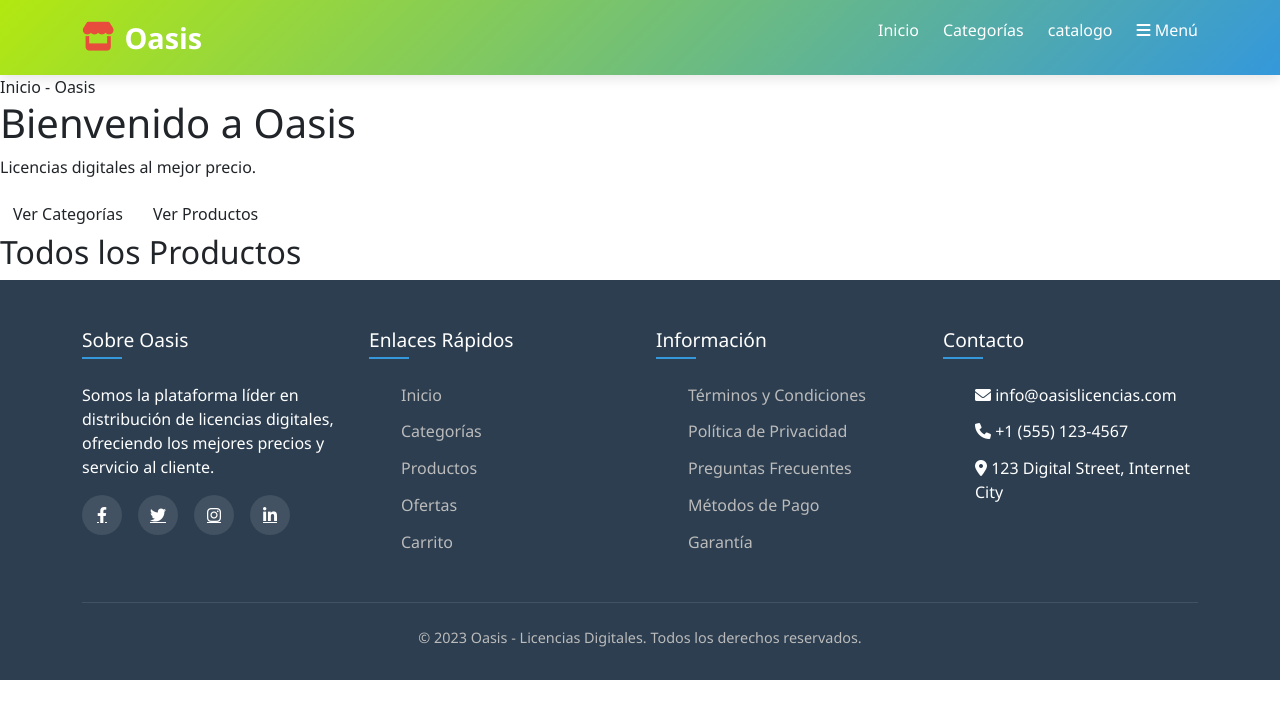
Repository: chicharo2025/oasis
Page: http://localhost/
An editor plug-in stored every save of this project. The page is shown before and after the next save, followed by the edit.
The browser window is 1280 px wide. The pictures show the whole page.
The page is served by the project's application, run on Django 5.2 (django_techstore/manage.py).

Above is the page before, as saved 2025-04-12 18:11:17.

After the next save:
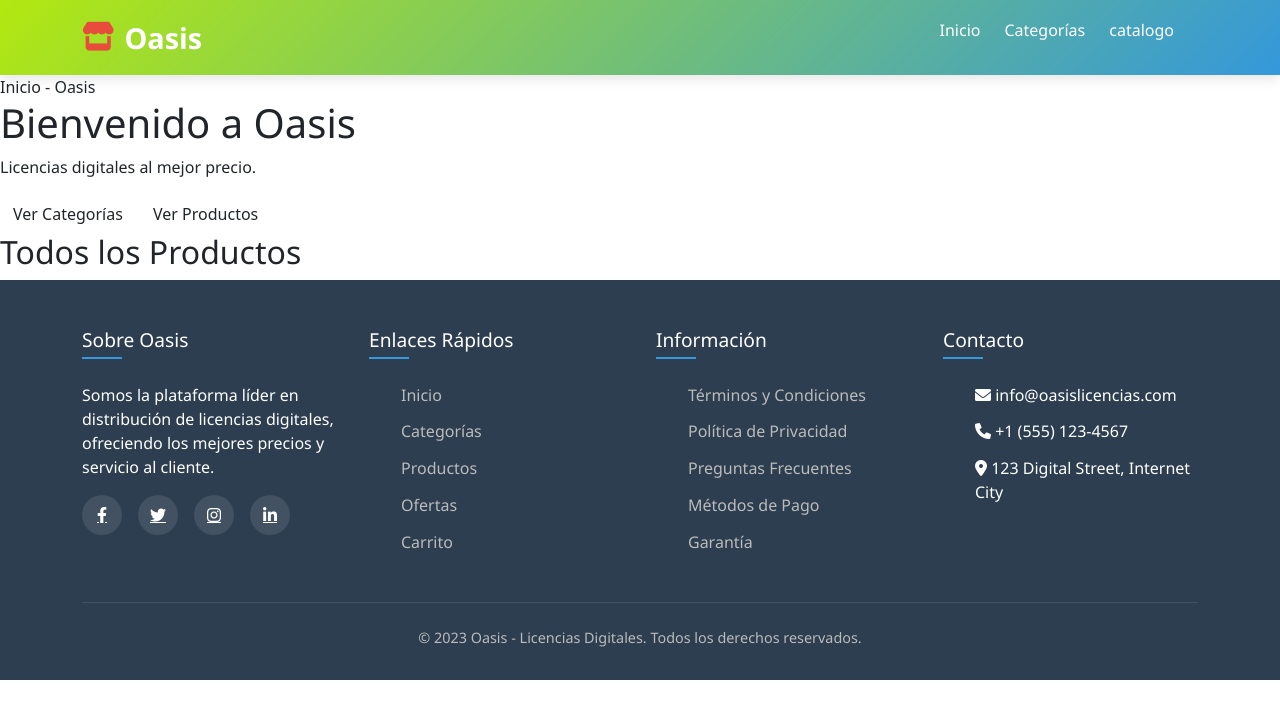
Saved 45 s later.
--- a/django_techstore/productos/templates/productos/menu.html
+++ b/django_techstore/productos/templates/productos/menu.html
@@ -22,9 +22,6 @@
                         <li><a href="{% url 'categoria' %}">Categorías</a></li>
                         <li><a href="{% url 'catalogo' %}">catalogo</a></li>
                         <li>
-                            <a href="#" id="toggle-menu">
-                                <i class="fas fa-bars"></i> Menú
-                            </a>
 
                         </li>
                     </ul>
